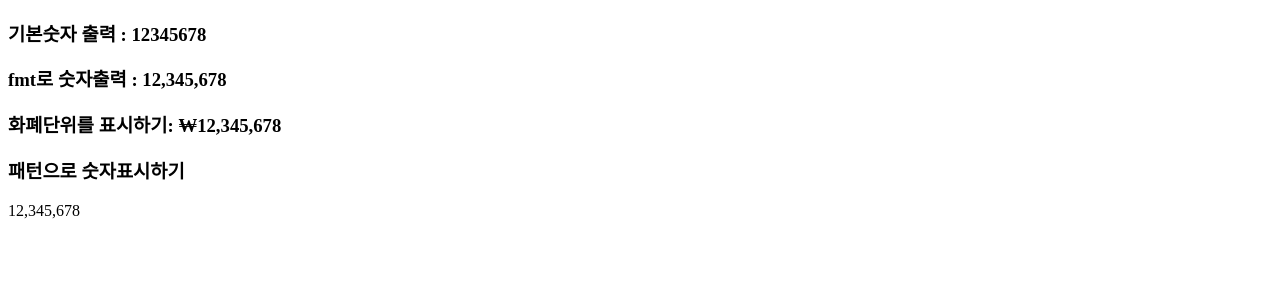
Repository: yongmin0309/mybatis1
Page: http://localhost/eL_JSTL/views/jstl/formattag.jsp
These files come from the project's save history. The page is drawn as it stood at one moment and after the next save; the edit follows.
The browser window is 1280 px wide. The pictures show the whole page.
The page is served by Tomcat 9. Other server files are loaded and not shown.

Above is the page before, as saved 2024-04-20 08:07:55.

### work/eL_JSTL/src/main/webapp/views/jstl/formattag.jsp
<%@ page language="java" contentType="text/html; charset=UTF-8"
    pageEncoding="UTF-8"%>
<%@ taglib prefix="c" uri="http://java.sun.com/jsp/jstl/core" %>
<%@ taglib prefix="fmt" uri="http://java.sun.com/jsp/jstl/fmt" %>
<!DOCTYPE html>
<html>
<head>
<meta charset="UTF-8">
<title>Insert title here</title>
</head>
<body>
	<c:set var="numbertest" value="12345678"/>

	<h3>기본숫자 출력 : <c:out value="${numbertest }"/></h3>
	<h3>fmt로 숫자출력 : <fmt:formatNumber value="${numbertest }"/></h3>
	<fmt:setLocale value="ko_KR"/>
	<h3>화폐단위를 표시하기: <fmt:formatNumber value="${numbertest }"
	type="currency"/></h3>

	<h3>패턴으로 숫자표시하기</h3>
	<fmt:formatNumber value="${numbertest }" pattern="###,###,###"/>

</body>
</html>

After the next save:
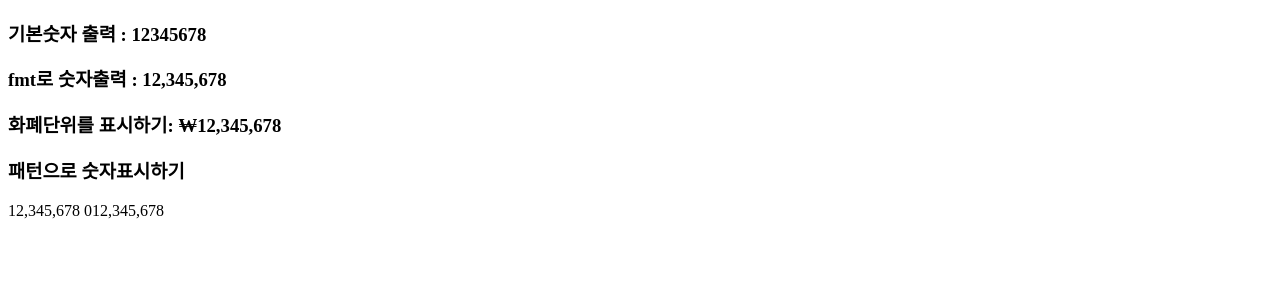
Saved 31 s later.
--- a/work/eL_JSTL/src/main/webapp/views/jstl/formattag.jsp
+++ b/work/eL_JSTL/src/main/webapp/views/jstl/formattag.jsp
@@ -19,6 +19,7 @@
 
 	<h3>패턴으로 숫자표시하기</h3>
 	<fmt:formatNumber value="${numbertest }" pattern="###,###,###"/>
+	<fmt:formatNumber value="${numbertest }" pattern="000,000,000"/>
 
 </body>
 </html>
